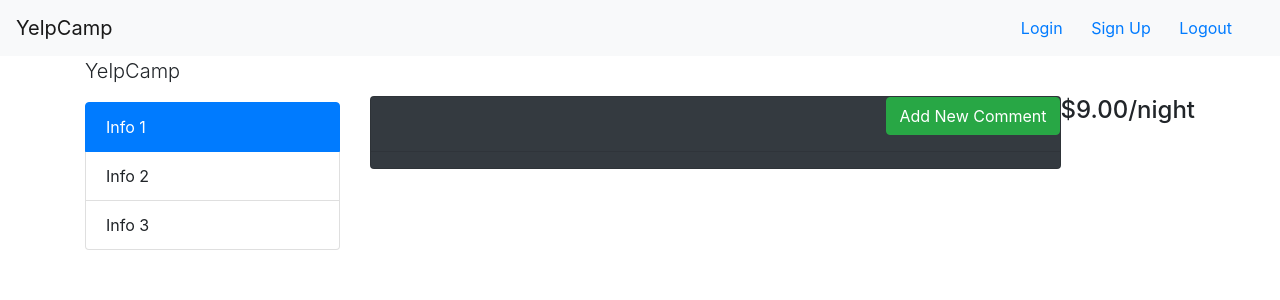
Repository: manojsatya/YelpCamp
Page: views/campgrounds/show.ejs
These files come from the project's save history. The page is drawn as it stood at one moment and after the next save; the edit follows.
The browser window is 1280 px wide. The pictures show the whole page.
The page is served by the project's Node server (app.js). Other server files are loaded and not shown. The template is opened directly, without the code that normally fills it, so the values that code supplies are empty.

Above is the page before, as saved 2019-06-20 19:45:51.
Console error: TypeError: Cannot read properties of undefined (reading 'fn')

### views/campgrounds/show.ejs
<% include ../partials/header %>

<div class="container">
    <div class="row">
        <div class="col-md-3">
            <p class="lead">YelpCamp</p>
            <div class="list-group">
                <li class="list-group-item active">Info 1</li>
                <li class="list-group-item">Info 2</li>
                <li class="list-group-item">Info 3</li>
            </div>
        </div>
        <div class="col-md-9">
            <div class="thumbnail">
                <img class = "img-responsive" src="<%= campground.image %>" alt="">
                <div class="caption-full">
                    <h4 class="float-right">$9.00/night</h4>
                    <h4><a href=""><%= campground.name %></a></h4>
                    <p> <%= campground.description%> </p>
                </div>
            </div>
            <div class="card bg-dark text-white">
                <div class="text-right">
                        <a class = "btn btn-success" href="/campgrounds/<%= campground._id %>/comments/new">Add New Comment</a>
                </div>
                <hr>
                <% campground.comments.forEach(function(comment){ %>
                    <div class="row">
                        <div class="col-md-12">
                            <strong><%= comment.author %></strong>
                            <span class="float-right">10 days ago</span>
                            <p>
                              <%= comment.text %>
                            </p>
                        </div>
                    </div>
                <% }) %>
            </div>
        </div>
    </div>
</div>






<% include ../partials/footer %>

### views/partials/header.ejs
<!DOCTYPE html>
<html lang="en">
<head>
    <meta charset="UTF-8">
    <meta name="viewport" content="width=device-width, initial-scale=1.0">
    <meta http-equiv="X-UA-Compatible" content="ie=edge">
    <title>YelpCamp</title>
    <link rel="stylesheet" href="https://stackpath.bootstrapcdn.com/bootstrap/4.3.1/css/bootstrap.min.css">
</head>
<body>
        <nav class="navbar navbar-light bg-light">
                <a class = "navbar-brand" href="/">YelpCamp</a>
                <div class="navbar-right mr-sm-2">
                    <a class = "mr-sm-4" href="">Login</a>
                    <a class = "mr-sm-4" href="">Sign Up</a>
                    <a class = "mr-sm-4" href="">Logout</a>
                </div>

            </nav>

        <script src="https://stackpath.bootstrapcdn.com/bootstrap/4.3.1/js/bootstrap.min.js"></script>

### app.js
var express     = require("express"),
    app         = express(),
    bodyParser  = require("body-parser"),
    mongoose    = require("mongoose"),
    Comment     = require("./models/comment"),
    Campground  = require("./models/campground"),
    seedDB      = require("./seeds")

//seedDB();
mongoose.connect("mongodb://localhost:27017/yelp_camp", {useNewUrlParser: true});
app.use(bodyParser.urlencoded({extended: true}));
app.set("view engine", "ejs");

// Schema setup


app.get("/", function(req, res){
    res.render("landing");
});

//INDEX ROUTE
app.get("/campgrounds", function(req, res){
    // get all campgrounds rom db
    Campground.find({}, function(err, allcampgrounds){
        if(err){
            console.log(err);
        } else {
            res.render("campgrounds/index",{campgrounds:allcampgrounds});
        }
    });
});

//FORM ROUTE
app.post("/campgrounds", function(req, res){
    //get data from form and add to campground array
    var name = req.body.name;
    var image = req.body.image;
    var desc = req.body.description;
    var newCampground = {name: name, image: image, description: desc};
    // create a new campground and save to db
    Campground.create(newCampground, function(err, newlyCreated){
        if(err){
            console.log(err);
        } else{
            //redirect back to campgrounds page
            res.redirect("/campgrounds");
        }
    });
});

//NEW ROUTE
app.get("/campgrounds/new", function(req, res){
    res.render("campgrounds/new");
});


//SHOW ROUTE
app.get("/campgrounds/:id", function(req, res){
    //find the campground with provided id
    Campground.findById(req.params.id).populate("comments").exec(function(err, foundCampground){
        if(err){
            console.log(err);
        } else{
            console.log(foundCampground);
            // render show template with that id
            res.render("campgrounds/show", {campground:foundCampground});
        }
    });
});

//========================
// COMMENTS ROUTES
//========================
app.get("/campgrounds/:id/comments/new", function(req, res){
    // find campground by id
    Campground.findById(req.params.id, function(err, campground){
        if(err){
            console.log(err);
        } else {
            res.render("comments/new", {campground: campground});
        }
    });
});

app.post("/campgrounds/:id/comments", function(req, res){
    //lookup campground by Id
    Campground.findById(req.params.id, function(err, campground){
        if(err){
            console.log(err);
            res.redirect("/campgrounds");
        } else {
            Comment.create(req.body.comment, function(err, comment){
               if(err){
                   console.log(err);
               } else {
                   campground.comments.push(comment);
                   campground.save();
                   res.redirect("/campgrounds/"+ campground._id);
               }
            });
        }
    });
    // create new comment
    // connect new comment to campground
    // redirect to campground showpage
});

app.listen(3000, function(){
    console.log("The YelpCamp Server has started");
});

Loaded but not shown: views/partials/footer.ejs (common file)

After the next save:
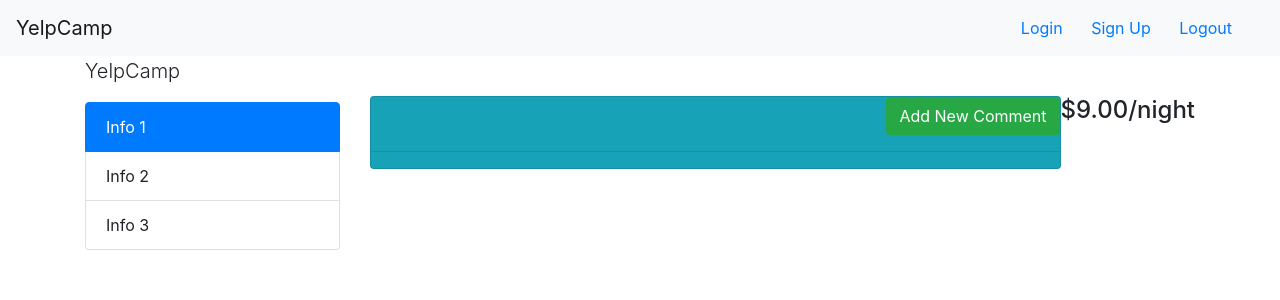
Saved 46 s later.
--- a/views/campgrounds/show.ejs
+++ b/views/campgrounds/show.ejs
@@ -19,7 +19,7 @@
                     <p> <%= campground.description%> </p>
                 </div>
             </div>
-            <div class="card bg-dark text-white">
+            <div class="card bg-info text-white">
                 <div class="text-right">
                         <a class = "btn btn-success" href="/campgrounds/<%= campground._id %>/comments/new">Add New Comment</a>
                 </div>
